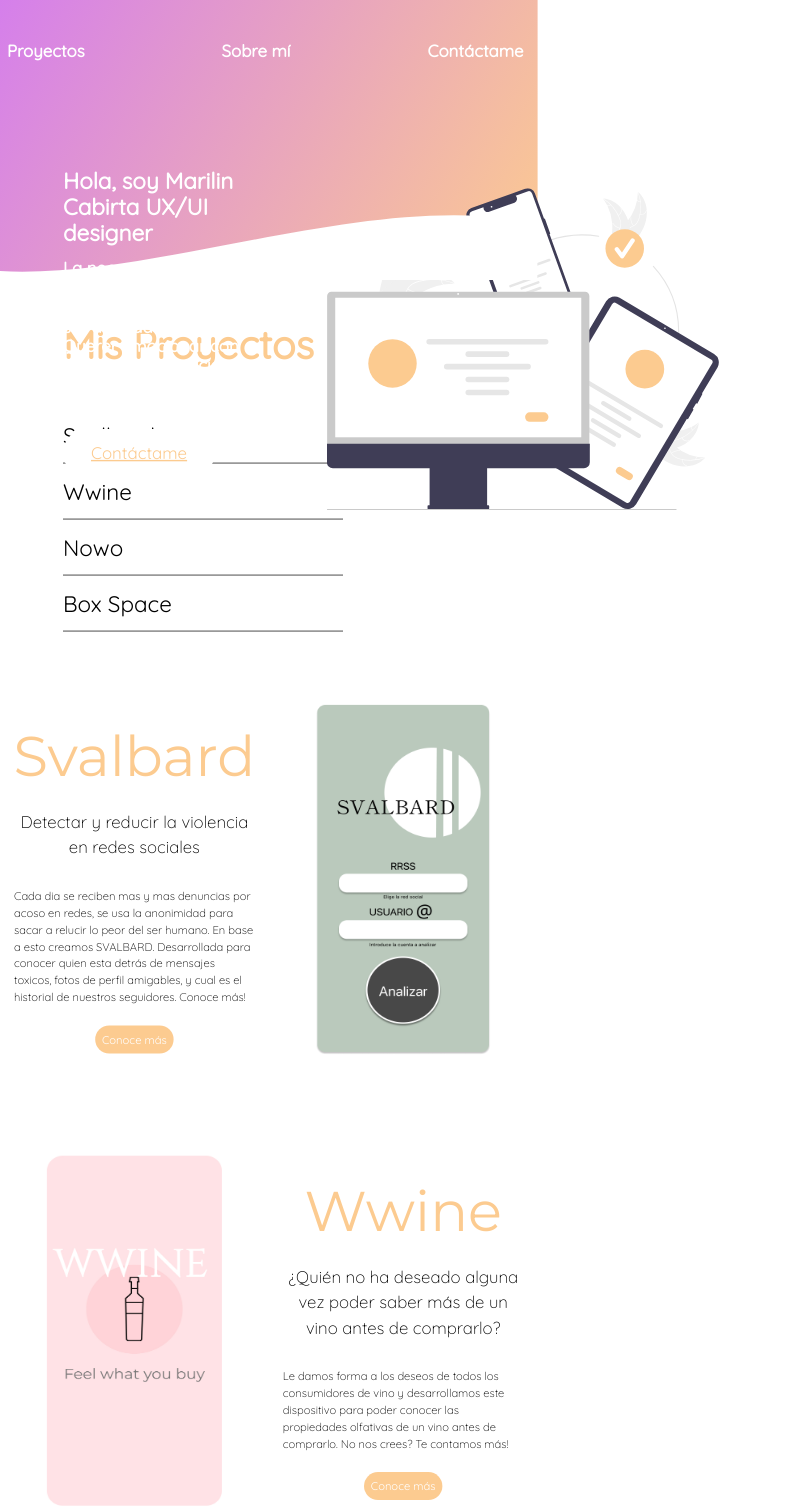
Repository: Marilyncabirta/portfolioHTML
Page: index.html
These files come from the project's save history. The page is drawn as it stood at one moment and after the next save; the edit follows.
The browser window is 768 px wide. The page is 1147 px wide, so the pictures cover 1147 px, including what lies to the right of the window. The pictures show the part of the page from y = 0 to 2160 px (the page is 3865 px tall before and 4065 px after), at 70% of full size.
Backgrounds fixed to the window are drawn as part of the page. Some web libraries are served in a nearby version.

Above is the page before, as saved 2022-12-16 12:44:20.

### index.html
<!DOCTYPE html>
<html lang="es">
<head>
    <meta charset="UTF-8">
    <meta name="viewport" content="width=device-width, initial-scale=1.0">
    <title>Portafolio AlexCG</title>
    <link rel="stylesheet" href="css/normalize.css">
    <link rel="stylesheet" href="css/estilos.css">
    <link rel="preconnect" href="https://fonts.googleapis.com">
<link rel="preconnect" href="https://fonts.gstatic.com" crossorigin>
<link href="https://fonts.googleapis.com/css2?family=Montserrat:wght@100;400;700&family=Quicksand:wght@300;400&display=swap" rel="stylesheet">
</head>


<body>

    <header class="hero">
        <div class="contenedor">
            <nav class="nav">
                <a href="" class="nav__items nav__items--cta">Proyectos</a>
                <a href="" class="nav__items">Sobre mí</a>
                <a href="" class="nav__items">Contáctame</a>
            </nav>

            <section class="hero__contenedor">
                <div class="hero__texts">
                    <h1 class="hero__title">Hola, soy Marilin Cabirta UX/UI designer</h1>
                    <h2 class="hero_subtitle">La necesidad de acercar diseños empáticos al usurio me hicieron querer ser diseñadora UX/UI. Querer emocionar con productos o servicios. Traspasar las pantallas.</h2>
                    <a href="" class="hero_cta">Contáctame</a>
                </div>
                <div class="contenedor_ilustraciones">
                    <img class="hero_image" src="assets/hero1.svg" alt="marilincabirta">
                </div>
            </section>
        </div>
        <div>
            <div class="hero_wave" style= "overflow:hidden;" ><svg viewBox="0 0 500 150" preserveAspectRatio="none" style="height: 100%; width: 100%;"><path d="M-0.56,130.76 C150.00,150.00 349.20,-49.99 503.38,30.10 L500.00,150.00 L0.00,150.00 Z" style="stroke: none; fill: #fff;"></path></svg></div>
        </div>
    </header>

    <main >
        <section class="presentacion__container">
            <h2 class="subtitle--h2">Mis Proyectos</h2>
            <div class="lista">
                <ul>
                    <li><a class="nombres" href="#">Svalbard<a></li>
                        <div class="linea"></div>
                    <li><a class="nombres" href="#">Wwine</a></li>
                        <div class="linea"></div>
                    <li><a class="nombres" href="#">Nowo</a></li>
                        <div class="linea"></div>
                    <li><a class="nombres" href="#">Box Space</a></li>
                        <div class="linea"></div>

                </ul>
            </div>
        </section>

        <section class="about__container">
            <div class="about__texts">
                <h2 class="subtitle">Svalbard</h2>
                <p class="about__paragraph">Detectar y reducir la violencia en redes sociales</p>
                <p class="about__content">Cada dia se reciben mas y mas denuncias por acoso en redes, se usa la anonimidad para sacar a relucir lo peor del ser humano. En base a esto creamos SVALBARD. Desarrollada para conocer quien esta detrás de mensajes toxicos, fotos de perfil amigables, y cual es el historial de nuestros seguidores. Conoce más!</p>
                <a class="about__button" href="">Conoce más</a>
            </div>
            <div class="about__img">
                <img class="about__picture" src="assets/LOG IN.png"   alt="">
            </div>
        </section>

        <section class="about__container">
            <div class="about__img">
                <img src="assets/wwine mockup.jpg" class="about__picture"alt="">
            </div>
            <div class="about__texts">
                <h2 class="subtitle">Wwine</h2>
                <p class="about__paragraph">¿Quién no ha deseado alguna vez poder saber más de un vino antes de comprarlo?</p>
                <p class="about__content">Le damos forma a los deseos de todos los consumidores de vino y desarrollamos este dispositivo para poder conocer las propiedades olfativas de un vino antes de comprarlo. No nos crees? Te contamos más!</p>
                <a class="about__button" href="">Conoce más</a>
            </div>

        </section>

        <section class="about__container">
            <div class="about__texts">
                <h2 class="subtitle">Nowo</h2>
                <p class="about__paragraph">Mejoramos tu forma de viajar</p>
                <p class="about__content">Millones de personas se desplazan todos los días por ocio o por trabajo y su principal carga son las maletas. Venimos a revolucionar el concepto de viajar. Nosotros nos ocupamos de las maletas, ofreciéndote los packs más completos para que nada te falte!</p>
                <a class="about__button" href="">Conoce más</a>
            </div>
            <div class="about__img">
                <img src="assets/Nowo by rebellion 1.jpg" class="about__picture" alt="">
            </div>
        </section>

        <section class="about__container">
            <div class="about__img">
                <img src="assets/mock uo.jpg" class="about__picture" alt="">
            </div>
            <div class="about__texts">
                <h2 class="subtitle">Box Space</h2>
                <p class="about__paragraph">Como conseguimos que haya más usuarios en los parques urbanos?</p>
                <p class="about__content">Esta App fue creada para mejorar la asistencia a los parques urbanos. En un mundo con prisas, acercamos la tecnología y la era digital a aquellos entornos naturales que nos encanta disfrutar, pero que todavía no nos permiten desarrollar todas nuestras facetas diarias cómodamente.Descúbrela!</p>
                <a class="about__button" href="">Conoce más</a>
            </div>

        </section>

    </main>

    <footer class="footer">
        <div container class="container footer__grid">
            <nav class="nav nav--footer">
                <a class="nav_items nav__items--footer" href="">Inicio </a>
                <a class="nav_items nav__items--footer" href="">Sobre mí</a>
                <a class="nav_items nav__items--footer" href="">Proyectos</a>
            </nav>

            <section class="footer__contact">
                <h3 class="footer__title"> Contáctame</h3>
                <div class="footer__icons">
                    <span class="footer__container-icons">
                        <a href="#" class="fab fa-medium footer__icon"></a>
                    </span>
                    <span class="footer__container-icons">
                        <a href="#" class="fab fa-linkedin footer__icon"></a>
                    </span>
                    <span class="footer__container-icons">
                        <a href="#" class="fab fa-mailchimp footer__icon"></a>
                    </span>

                </div>
            </section>



        </div>
    </footer>







    <script src="https://kit.fontawesome.com/b4fd9d412c.js" crossorigin="anonymous"></script>
</body>
</html>

### css/estilos.css

@import url('https://fonts.googleapis.com/css2?family=Montserrat:wght@100;400;700&family=Quicksand:wght@300;400&display=swap');


:root{
    --background:linear-gradient(120deg,#d57feb   0%,#fccb90 100%);
    --color-secondary:#fccb90;
    --color-primary: white;
    --boton-padding: 20px 40px;
}
body{

    font-family: 'Montserrat', sans-serif;
    font-family: 'Quicksand', sans-serif;
}

.hero{
    width: 100%;
    height: 1000px;
    background-image: var(--background);
    background-repeat: no-repeat;
    background-attachment: fixed;
    position: relative;
}

.contenedor{
  padding: 20px 0;

}
.hero__contenedor{
    width: 100%;
    display: grid;
    grid-template-columns: 1fr 1fr ;
    height: 100%;
    justify-content: space-evenly;
    align-items: center;
    padding-bottom: 50px;
    margin: 50px;

}


.contenedor_ilustraciones{
    width: 800px;
    height: auto;
    text-align: center;
    justify-content: center;
}

.hero__texts{
    width: 50%;
    height: inherit;
    color: white;
    margin-top: 20px;
    margin: 0 60px;
}
.hero_image{
    width: 70%
}

.hero_wave{
    position: absolute;
    bottom: 0;
    left: 0;
    height: 100px;
    width: 100%;
}

.nav{
    display: flex;
    justify-content: flex-end;
    height: 80px;
    align-items: right;
    font-weight: 700;
    margin-top: 30px;

}

.nav--footer{
    font-weight: 300;
    justify-content: flex-start;
}

.nav__items{
    color: white;
    text-decoration: none;
    font-size: 32px;
    padding: 20px 15px;
    margin-right: 40px;
    font-weight: inherit;
}

.nav__items--cta{
    border: 2px solid white;
    border-radius: 40px;
}

.nav__items:hover{
    text-decoration: underline;
}
.nav__items--footer{
    padding: 10px;
}



.hero_cta{
    display: inline-block;
    font-size: 24px;
    background-color: var(--color-primary);
    color: #fccb90;
    padding: 20px 40px;
    margin-top: 30px;
    border-radius: 40px;
    text-align: center;
    justify-content: center;
}

.hero__texts{
    width: 90%;
    margin: 40px;
}

.hero__title{
    font-size: 60px;
    margin-top: 80px;

}

.hero__subtitle{
    font-size: 2rem;
    font-weight: 400;
    margin: 20px 0;
}

/* presentacion proyectos */



.presentacion__container{
    width: 60%;
    height: auto;
    padding-top: 0;
    text-align: center;
    text-decoration: none;
    margin-left: 50px;
}

.subtitle{
    font-size: 56px;
    color:var(--color-secondary);
    padding-bottom: 10px;
    font-weight: 700;
    text-align: center;
    margin: 40px;
}
.subtitle--h2{
    font-size: 56px;
    color:var(--color-secondary);
    padding-bottom: 10px;
    font-weight: 700;
    text-align: center;
    margin: 60px 40px;
    text-align: left;
}

.presentacion__container li{
    font-size: 32px;
    margin-top: 10px;
    padding: 10px 0;
    text-decoration: none;
}

.lista li{
 text-decoration: none;
 list-style: none;
 text-align: left;

}

.lista a{
    text-decoration: none;
    color: black;

}

.lista li:hover{
    font-size: 3.5rem;
    transition: 1s;
}

.lista div{
    border-top: 1px solid black;
    height: 2px;
    max-width: 400px;
    padding: 0;
    margin: 10px 0 auto 0;

}

.about__container{
    width: 70%;
    min-height: 800px;
    max-width: 1300px;
    height: auto;
    display: grid;
    grid-template-columns: 1fr 1fr ;
    margin: 60px auto;
    background-color: var(--color-primary);
    align-items: center;

}

.about__texts{

    justify-content: center;
    text-align: left;
    margin: 20px ;

}
.about__img{
     justify-content: center;
    text-align: center;
    margin: 20px;

}

.subtitle{
    font-size: 80px;
    font-family: "Montserrat";
    font-weight: 400;
    margin: 10px auto;

}



.about__picture{
    width: 250px;
    height: 500px;
    max-height: 800px;
}

.about__paragraph{
    margin: 20px;
    line-height: 1.5;
    font-weight: 300;
    font-size: 24px;
}

.about__content{
    font-size: 16px;
    margin: 40px 20px;
    text-align: left;
    line-height: 1.5;
    font-weight: 300;
}

.about__button{
    margin: 60px 20px;
    padding: 10px 10px;
    background-color:var(--color-secondary);
    color: white;
    border-radius: 20px;
    text-align: center;
    text-decoration: none;
}

/* footer */

.footer{
    background:var(--background);
    padding-bottom: 40px;



}

.footer__grid{
    display: grid;
    grid-template-columns: 3fr 2fr;
    gap: 20px;
    align-items: center;
    margin: 40px;
}

.nav_items{
    text-decoration: none;
    color: white;
    font-size: 20px;
    margin:0 0 0 10px;
}

.footer__title{
    font-weight: 400;
    color: white;
    font-size:2rem ;
    margin-bottom: 20px;
    text-align: center;
}

.footer__icons{
    display: flex;
    justify-content: space-evenly;
    font-size: 32px;
}

.footer__container-icons{
    display: inline-block;
    width: 60px;
    height: 60px;
    color: white;
    text-align: center;
    border: 1px solid white;
    border-radius: 50%;

}

.footer__icon{
    color: white;
    text-decoration: none;
    font-size: 30px;

}

.fab.footer__icon{
line-height: 60px;
text-decoration: underline;
}


/* responsive design */

@media screen and (max-width:800px){
        :root{
            --botton-padding:18px 40px;
        }

        .nav{
            justify-content:space-between
        }
        .nav__items--cta{
            border: none;
        }

        .nav__items{
            color: white;
            text-decoration: none;
            font-size: 24px;
            padding: 10px 10px;
            margin-right: 10px;
            font-weight: inherit;
        }

        .nav__items--footer{
            border: none;
        }
        .hero{
            width: 100%;
        }

        .hero__contenedor{
            width: 100%;
            display: grid;
            grid-template-columns: 1fr 1fr ;
            height: 100%;
            justify-content: space-evenly;
            align-items: center;
            padding-bottom: 50px;
            margin: 50px;

        }

        .hero__texts{
            width: 100%;
            margin-bottom: 80px;
        }
        .hero__title{
            font-size: 2rem;
            margin-bottom: 20px;
        }

        .hero__subtitle{
            font-size: 1.5rem;
        }

        .hero{
            width: 100%;
            height: 400px;
            background-image: var(--background);
            background-repeat: no-repeat;
            background-attachment: fixed;
            position: relative;
        }

        .about__container{
            width: 100%;
            min-height: 500px;
        }
        .about__texts{
            width: 100%;
            justify-content: center;
            text-align: center;
            margin: 60px 0px;

        }

        .hero_image{
            width: 70%;
        }

        .presentacion__container{
            width: 80%;
        }

         .about__img{
            width: auto;
            text-align: center;
        }
    .footer{
        width: 100%;
    }
}


@media screen and (max-width:500px){

    :root{
        --botton-padding:15px 20px;
    }

    .hero{
        width: 100%;
        height: auto;
        position: relative;
    }
    .hero__contenedor{
        width: 100%;
        display: grid;
        grid-template-columns: 1fr;
        height: 100%;
        justify-content: center;
        align-items: center;
        padding-bottom: 80px;

    }
    .nav{
        flex-wrap: nowrap;
        justify-content: space-evenly;
        margin-top: 10px;

    }
    .nav__items--cta{
        border: none;
    }

    .nav__items{
        color: white;
        text-decoration: none;
        font-size: 20px;
        padding: 10px 20px;
        margin-right: 20px;

    }

    .nav__items--footer{
        border: none;
    }


    .hero__texts{
        margin-bottom: 50px;
        text-align: center;
    }
    .hero__title{
        font-size: 2rem;
        margin-bottom: 20px;
    }

    .hero__subtitle{
        font-size: 2rem;
        margin-bottom: 20px;
    }


    /* about */

    .subtitle{
        font-size: 2.5rem;
    }
    .about__paragraph{
        margin: 10px 10px;
        line-height: 1.5;
        font-weight: 300;
        font-size: 16px;
        text-align: left;
    }

    .about__content{
        font-size: 16px;
        margin: 10px 10px 40px 10px ;
        text-align: left;
        line-height: 1.5;
        font-weight: 300;
    }

    .nombres{
        font-size: 24px;
    }

    .about__container{
        width: 80%;
        min-height: 600px;
        height: auto;
        display: grid;
        margin: 20px auto;
        background-color: var(--color-primary);
        align-items: center;
     }

     .about__picture{
        width: 140px;
        height: 300px;
        max-height: 800px;

    }
     .contenedor_ilustraciones{
        width: 100%;
        height: auto;
        text-align: center;
        justify-content: center;
    }

    .about__texts:nth-child(2), :nth-child(4){
        grid-row: 1/2;
     }

     /* Footer */
     }

Loaded but not shown: css/normalize.css (library)

After the next save:
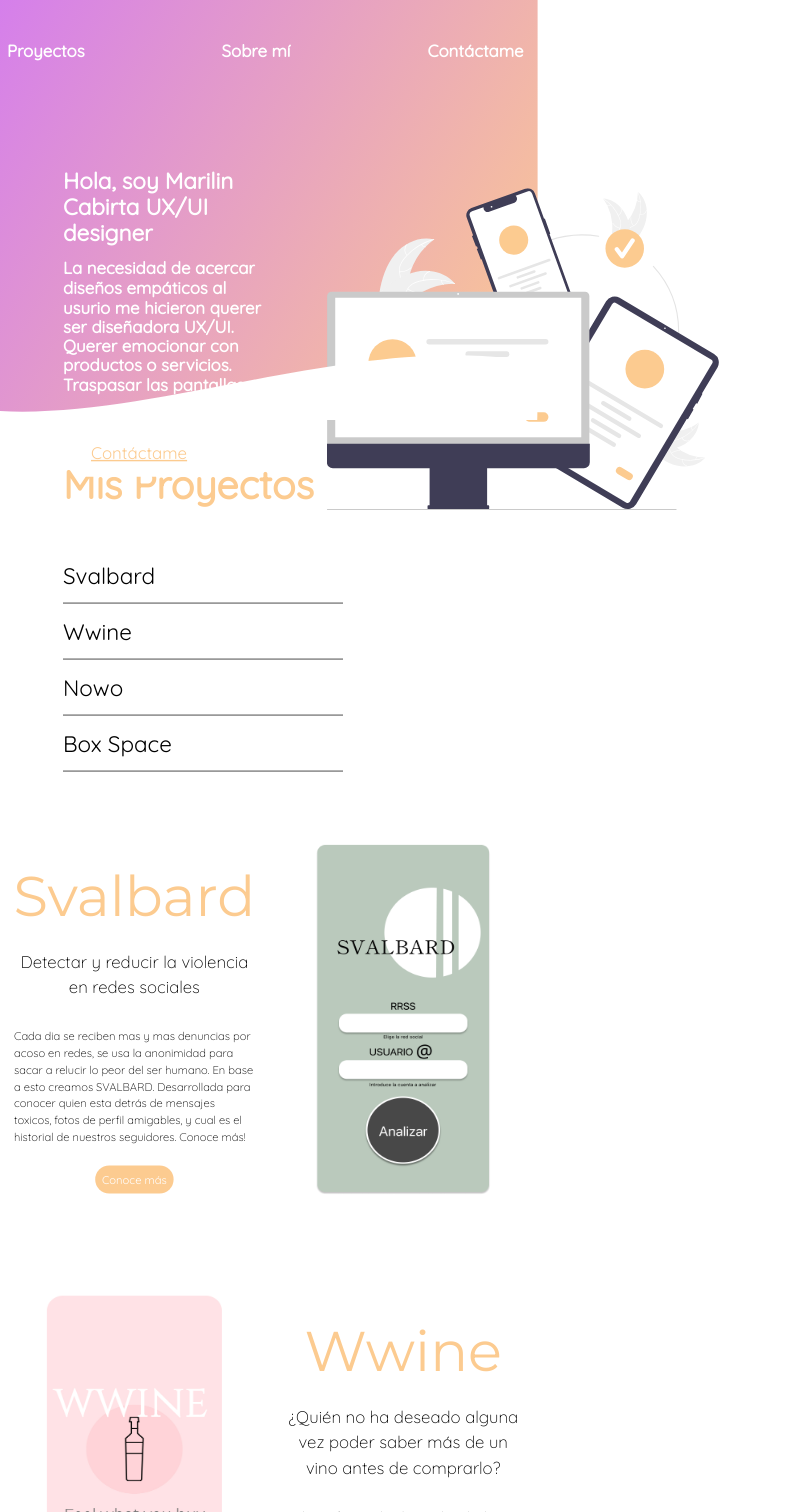
Saved 6 s later.
--- a/css/estilos.css
+++ b/css/estilos.css
@@ -386,7 +386,7 @@ text-decoration: underline;
 
         .hero{
             width: 100%;
-            height: 400px;
+            height: 600px;
             background-image: var(--background);
             background-repeat: no-repeat;
             background-attachment: fixed;
